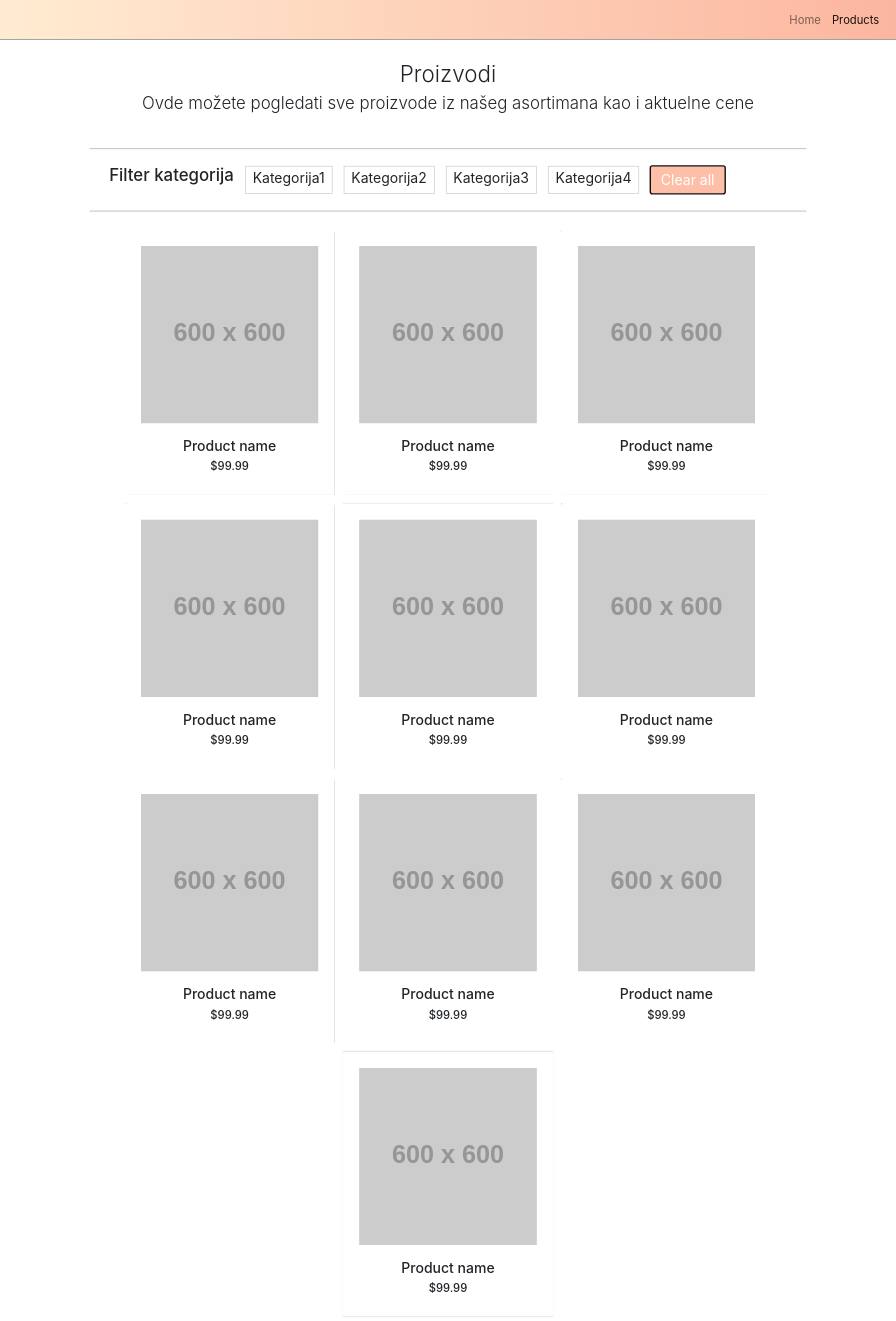
Repository: StevanFilipovic/TemplateForSinglepageWebsite
Page: products.html
These files come from the project's save history. The page is drawn as it stood at one moment and after the next save; the edit follows.
The browser window is 1280 px wide. The pictures show the whole page, at 70% of full size.
The first visible `.button-clear` has the focus.
Some web libraries are served in a nearby version.

Above is the page before, as saved 2018-06-15 12:38:23.

### products.html
<!doctype html>
<html>
<head>
	<meta charset="utf-8">
	<title>One Page Scroll</title>
	<meta name="title" content="Website by Stevan" />
	<meta name="description" content="Proizvodi"/>
    <link rel="shortcut icon" id="favicon" href="">
    <meta name="viewport" content="initial-scale=1, width=device-width, maximum-scale=1, minimum-scale=1, user-scalable=no">
	<link href='http://fonts.googleapis.com/css?family=Open+Sans:300,400,700' rel='stylesheet' type='text/css'>
	<link href='http://fonts.googleapis.com/css?family=Pacifico:400' rel='stylesheet' type='text/css'>
	<script type="text/javascript" src="http://code.jquery.com/jquery-1.9.1.js"></script>
  <link href='products-page-style.css' rel='stylesheet' type='text/css'>
  <!-- Da bi koristili less potrebno je odkomentarisati donje dve linije i uraditi konverziju css-a i ubaciti u dole navedene fajlove -->
  <!-- <link rel="stylesheet/less" type="text/css" href="onepage-scrool.less" /> -->
  <!-- <link rel="stylesheet/less" type="text/css" href="styles.less" /> -->
  <!-- <script src="less.js" type="text/javascript"></script> -->
  <link rel="stylesheet" href="https://stackpath.bootstrapcdn.com/bootstrap/4.1.1/css/bootstrap.min.css" integrity="sha384-WskhaSGFgHYWDcbwN70/dfYBj47jz9qbsMId/iRN3ewGhXQFZCSftd1LZCfmhktB" crossorigin="anonymous">

<script>
    $(document).ready(function() {
  var $products = $('.grid-products'),
      $filters = $("#filters input[type='checkbox']"),
      product_filter = new ProductFilterLevel1($products, $filters);
  product_filter.init();
});

function ProductFilterLevel1(products, filters) {
  var _this = this;

  this.init = function() {
    this.products = products;
    this.filters = filters;
    this.bindEvents();
  };

  this.bindEvents = function() {
    this.filters.click(this.filterGridProducts);
    $('#none').click(this.removeAllFilters);
  };

  this.filterGridProducts = function() {
    _this.products.hide();
    var selectedFilters = _this.filters.filter(':checked');
    if (selectedFilters.length) {
      var selectedFiltersValues = [];
      selectedFilters.each(function() {
        var currentFilter = $(this);
        selectedFiltersValues.push("[data-" + currentFilter.attr('name') + "='" + currentFilter.val() + "']");
      });
      _this.products.filter(selectedFiltersValues.join(',')).show();
    } else {
      _this.products.show();
    }
  };

  this.removeAllFilters = function() {
    _this.filters.prop('checked', false);
    _this.products.show();
  }
}
</script>

</head>
<body>
        <div class="header">
                <nav class="navbar navbar-expand-lg navbar-light">
                  <!-- <a class="navbar-brand" href="#">Navbar</a> -->
                  <button class="navbar-toggler" type="button" data-toggle="collapse" data-target="#navbarNavDropdown" aria-controls="navbarNavDropdown" aria-expanded="false" aria-label="Toggle navigation">
                    <span class="navbar-toggler-icon"></span>
                  </button>
                  <div class="collapse navbar-collapse justify-content-end" id="navbarNavDropdown">
                    <ul class="navbar-nav">
                      <li class="nav-item ">
                        <a class="nav-link" href="index.html">Home </a>
                      </li>
                      <li class="nav-item active">
                        <a class="nav-link" href="products.html">Products<span class="sr-only">(current)</span></a>
                      </li>
                      </li>
                    </ul>
                  </div>
                </nav>
                </div>
<div class="intro-text">
    <h2>Proizvodi</h2>
    <h4>Ovde možete pogledati sve proizvode iz našeg asortimana kao i aktuelne cene</h4>
</div>
<div id="filters" class="products">
    <div class="filter-wrapper">
      <h4>Filter kategorija</h4>

      <input type="checkbox" name="colour" id="category1" value="category1" ></input>
      <label for="category1">Kategorija1</label>

      <input type="checkbox" name="colour" id="category2" value="category2"></input>
      <label for="category2">Kategorija2</label>

      <input type="checkbox" name="colour" id="category3" value="category3"></input>
      <label for="category3">Kategorija3</label>

      <input type="checkbox" name="colour" id="category4" value="category4"></input>
      <label for="category4">Kategorija4</label>

    </div>
    <div>
      <input class="button-clear dugme" type="button" id="none" value="Clear all"></input>
    </div>
  </div>

          <section class="products">
                <div class="product-card grid-products" data-colour="category1">
                    <div class="product-image">
                        <img src="http://via.placeholder.com/600x600">
                    </div>
                    <div class="product-info">
                        <h5>Product name</h5>
                        <h6>$99.99</h6>
                    </div>
                </div>

                <div class="product-card grid-products" data-colour="category1">
                    <div class="product-image">
                        <img src="http://via.placeholder.com/600x600">
                    </div>
                    <div class="product-info">
                        <h5>Product name</h5>
                        <h6>$99.99</h6>
                    </div>
                </div>

                <div class="product-card grid-products" data-colour="category2">
                    <div class="product-image">
                        <img src="http://via.placeholder.com/600x600">
                    </div>
                    <div class="product-info">
                        <h5>Product name</h5>
                        <h6>$99.99</h6>
                    </div>
                </div>

                <div class="product-card grid-products" data-colour="category2">
                    <div class="product-image">
                        <img src="http://via.placeholder.com/600x600">
                    </div>
                    <div class="product-info">
                        <h5>Product name</h5>
                        <h6>$99.99</h6>
                    </div>
                </div>

                <div class="product-card grid-products" data-colour="category3">
                    <div class="product-image">
                        <img src="http://via.placeholder.com/600x600">
                    </div>
                    <div class="product-info">
                        <h5>Product name</h5>
                        <h6>$99.99</h6>
                    </div>
                </div>

                <div class="product-card grid-products" data-colour="category3">
                    <div class="product-image">
                        <img src="http://via.placeholder.com/600x600">
                    </div>
                    <div class="product-info">
                        <h5>Product name</h5>
                        <h6>$99.99</h6>
                    </div>
                </div>

                <div class="product-card grid-products" data-colour="category3">
                    <div class="product-image">
                        <img src="http://via.placeholder.com/600x600">
                    </div>
                    <div class="product-info">
                        <h5>Product name</h5>
                        <h6>$99.99</h6>
                    </div>
                </div>

                <div class="product-card grid-products" data-colour="category4">
                    <div class="product-image">
                        <img src="http://via.placeholder.com/600x600">
                    </div>
                    <div class="product-info">
                        <h5>Product name</h5>
                        <h6>$99.99</h6>
                    </div>
                </div>

                <div class="product-card grid-products" data-colour="category4">
                    <div class="product-image">
                        <img src="http://via.placeholder.com/600x600">
                    </div>
                    <div class="product-info">
                        <h5>Product name</h5>
                        <h6>$99.99</h6>
                    </div>
                </div>

                <div class="product-card grid-products" data-colour="category4">
                    <div class="product-image">
                        <img src="http://via.placeholder.com/600x600">
                    </div>
                    <div class="product-info">
                        <h5>Product name</h5>
                        <h6>$99.99</h6>
                    </div>
                </div>

            </section>

</body>
</html>

### products-page-style.css
.header{
    background-image: linear-gradient(to right, #ffecd2 0%, #fcb69f 100%);
    border-bottom: 1px solid gray;
}
.intro-text{
  margin: 30px auto 50px;
}
.intro-text h2, .intro-text h4{
  text-align: center;
    font-weight: 300;
}
.products {
	display: flex;
    flex-wrap: wrap;
    width: 90%;
    margin: auto;
    justify-content: center;
}
#filters{
  justify-content: start;
  width: 80%;
  border-top: 1px solid #a7a7a7;
  border-bottom: 1px solid #a7a7a7;
  margin-bottom: 20px;
  padding: 20px;

}

.product-card {
	display: flex;
	flex-direction: column;
    max-width: 300px;
	padding: 2%;
  /* flex: 1 16%; */
  margin: 6px;

	background-color: #FFF;
	box-shadow: 0px 0px 1px 0px rgba(0,0,0,0.25);
}

.product-image img {
	width: 100%;
}

.product-info {
	margin-top: auto;
	padding-top: 20px;
	text-align: center;
}

@media ( max-width: 920px ) {

	/* .product-card {
		flex: 1 21%;
	} */

	/* .products .product-card:first-child,
	.products .product-card:nth-child(2) {
		flex: 2 46%;
	} */

}

@media ( max-width: 600px ) {

	/* .product-card {
		flex: 1 46%;
	} */

}

@media ( max-width: 480px ) {

	h1 {
		margin-bottom: 20px;
	}

	.product-filter {
		flex-direction: column;
	}

	.sort {
		align-self: flex-start;
	}

}


/* Checkmark */

/* Customize the label (the container) */
.filter-wrapper input[type=checkbox]{
  display: none;
}


.filter-category{
  border: 1px solid #cccccc;
  padding: 2px 10px;
  margin: auto 8px;
}

input[type=checkbox] + label {
  display: block;
  position: relative;
  margin: 4px 8px;
  cursor: pointer;
  font-size: 20px;
  -webkit-user-select: none;
  -moz-user-select: none;
  -ms-user-select: none;
  user-select: none;
  border: 1px solid #cccccc;
  padding: 2px 10px;
  transition:all 0.3s ease;
}
input[type=checkbox]:checked + label {
  background: #fdbfa7;
  border: 1px solid #fdbfa7;
  color: white;
}

input[type=checkbox]:hover + label {
  border: 1px solid #fdbfa7;
  box-shadow: inset 0 0 0 1px #fdbfa7;
  transition:all 0.3s ease;
}




  /* Hide the browser's default checkbox */
  .filter-container input {
    position: absolute;
    opacity: 0;
    cursor: pointer;
  }

  /* Create a custom checkbox */
  .checkmark {
    position: absolute;
    top: 0;
    left: 0;
    height: 30px;
    width: 30px;
    background-color: #eee;
    display: none;
  }

  /* On mouse-over, add a grey background color */
  .filter-container:hover input ~ .checkmark {
    background-color: #ccc;
  }

  /* When the checkbox is checked, add a blue background */
  .filter-container input:checked ~ .checkmark {
    background-color: #fdbfa7;
  }

  /* Create the checkmark/indicator (hidden when not checked) */
  .checkmark:after {
    content: "";
    position: absolute;
    display: none;
  }

  /* Show the checkmark when checked */
  .filter-container input:checked ~ .checkmark:after {
    display: block;
  }

  /* Style the checkmark/indicator */
  .filter-container .checkmark:after {
    left: 9px;
    top: 5px;
    width: 10px;
    height: 15px;
    border: solid white;
    border-width: 0 3px 3px 0;
    -webkit-transform: rotate(45deg);
    -ms-transform: rotate(45deg);
    transform: rotate(45deg);
  }

  .filter-wrapper{
      display: contents;
      margin-bottom: 15px;
  }
  .filter-wrapper h4{
    margin: 4px 8px;
  }

  .button-clear{
    background: #FDBFA7;
    font-size: 20px;
    color: white;
    border-style: none;
    cursor: pointer;
    padding: 5px 15px;
    margin: 4px 8px;
  }

  .button-clear:focus{
    /* border-style: none; */
  }

After the next save:
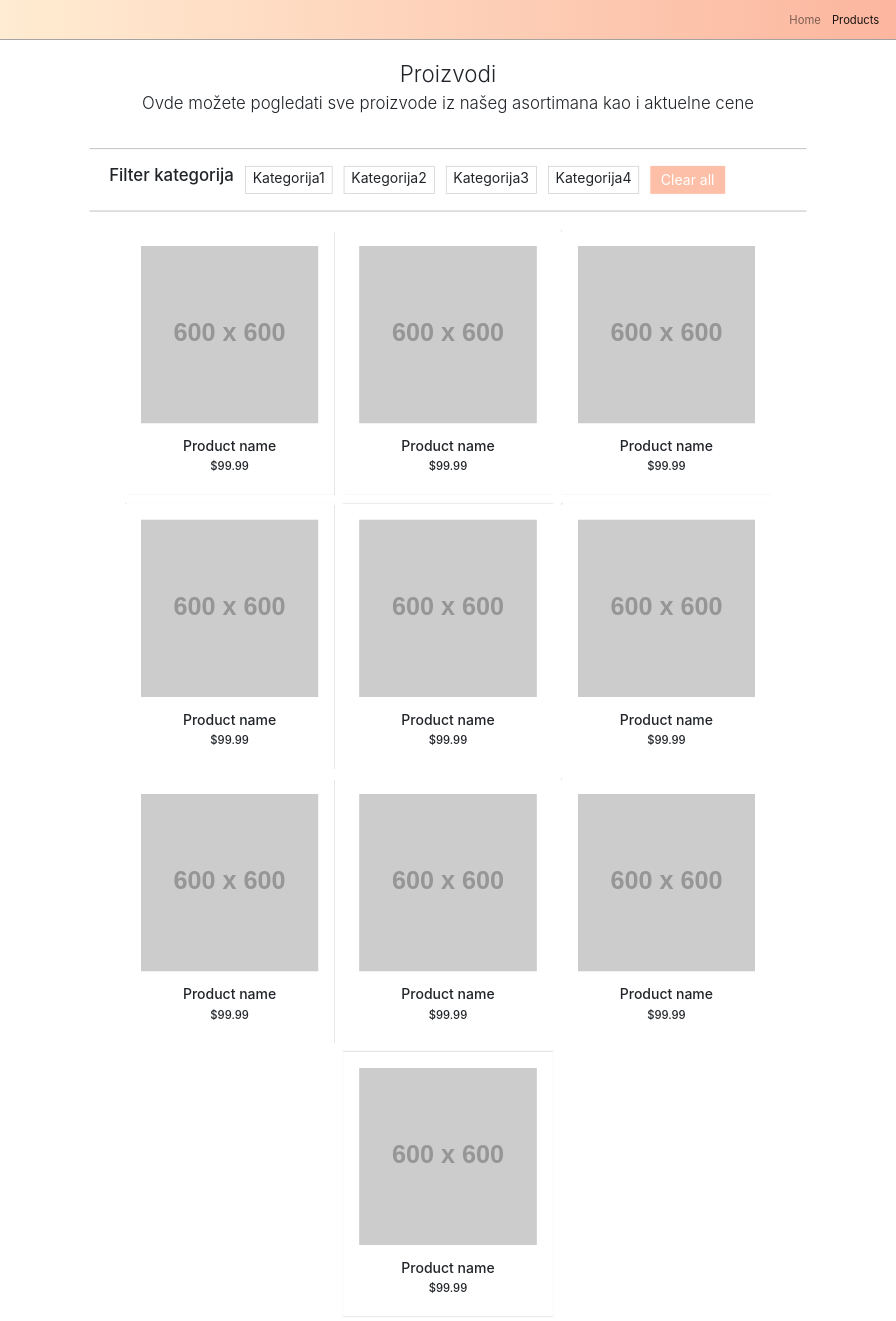
Saved 59 s later.
--- a/products-page-style.css
+++ b/products-page-style.css
@@ -201,5 +201,5 @@
   }
 
   .button-clear:focus{
-    /* border-style: none; */
-  }
+    outline: none;
+  }
